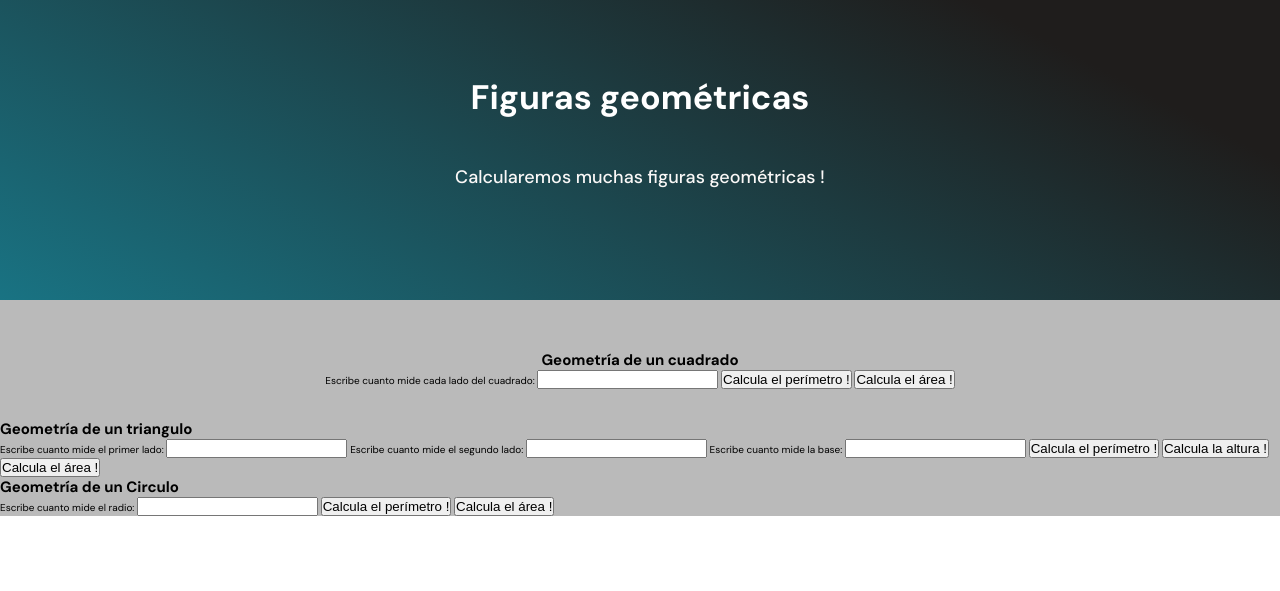
Repository: ChristianGecchelin/javascript-project
Page: javascript-project/figuras-geometricas/figuras.html
The author's editor kept a copy of each file at every save. The page is drawn from the files as they stood at one save, then again after the next save.
The browser window is 1280 px wide. The pictures show the whole page.

Above is the page before, as saved 2021-12-01 21:55:27.

After the next save:
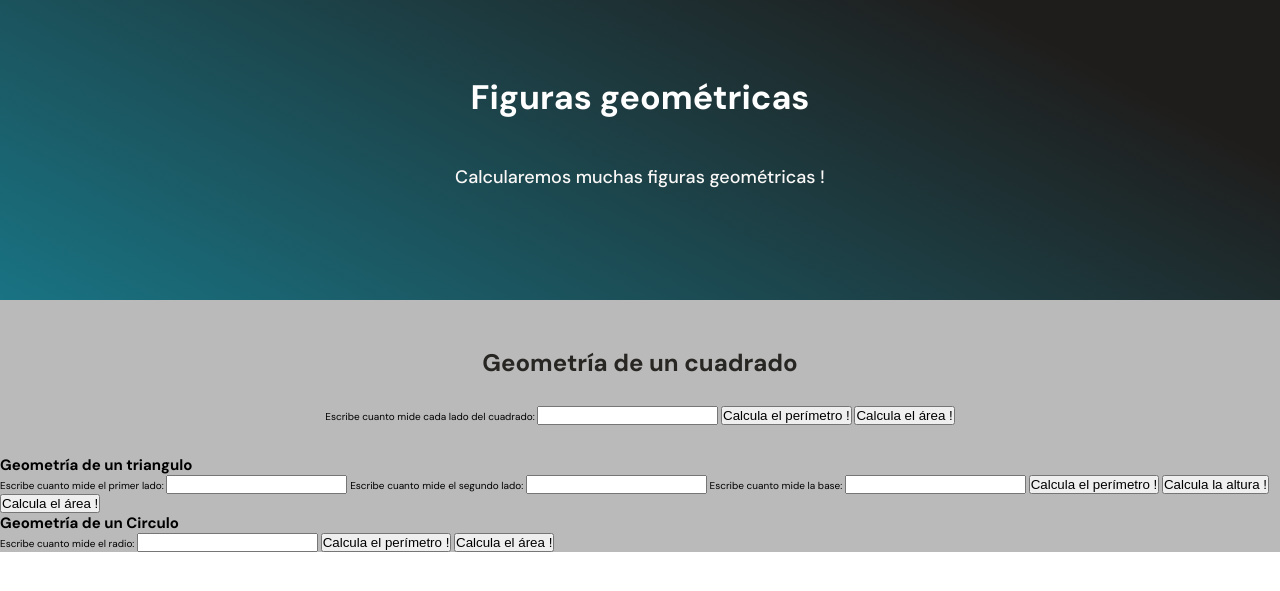
Saved 44 s later.
--- a/javascript-project/figuras-geometricas/style.css
+++ b/javascript-project/figuras-geometricas/style.css
@@ -66,3 +66,10 @@ main {
   padding-bottom: 30px;
   text-align: center;
 }
+.main-calculadora-contenedor--title {
+  margin-bottom: 30px;
+  font-size: 2.4rem;
+  font-weight: 700;
+  line-height: 2.6rem;
+  color: var(--black);
+}
